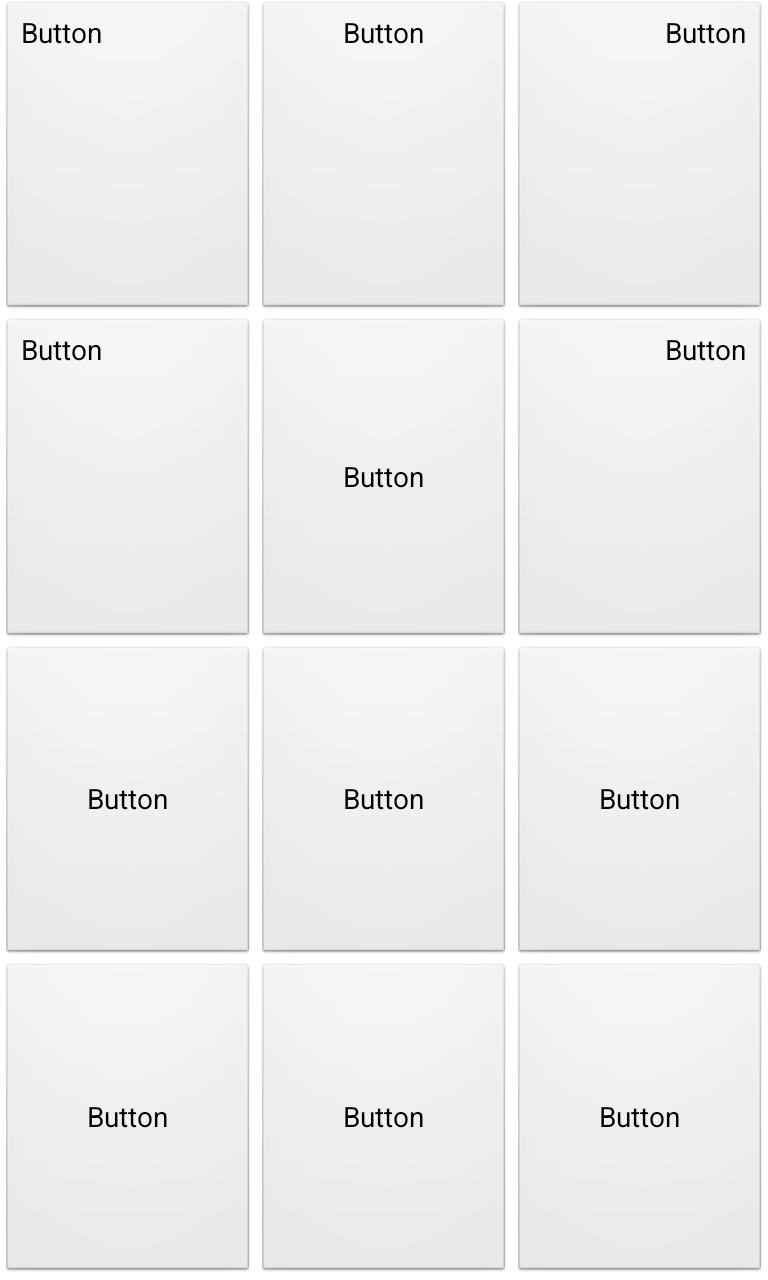
Repository: ApplucoJason/AndroidTest
Layout: MyFirstApp/res/layout/second.xml
These files come from the project's save history. The layout is drawn as it stood at one moment and after the next save; the edit follows.
It is drawn on a 768 x 1280 px phone screen (xhdpi) without system bars, with theme AppTheme; the app's code is not run.

Above is the layout before, as saved 2013-09-04 12:23:31.

After the next save:
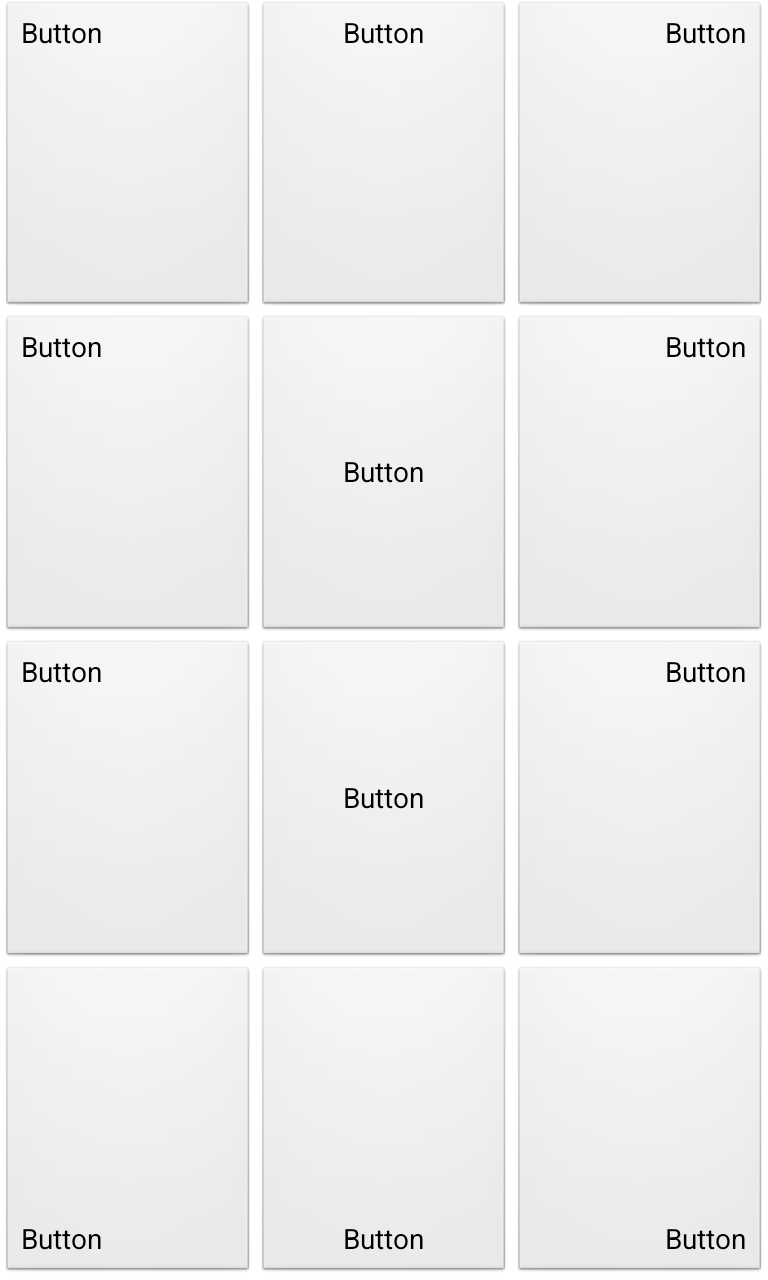
Saved 48 s later.
--- a/MyFirstApp/res/layout/second.xml
+++ b/MyFirstApp/res/layout/second.xml
@@ -74,6 +74,7 @@
             android:layout_width="wrap_content"
             android:layout_height="fill_parent"
             android:layout_weight="1"
+             android:gravity="left"
             android:text="Button" />
 
         <Button
@@ -81,6 +82,7 @@
             android:layout_width="wrap_content"
             android:layout_height="fill_parent"
             android:layout_weight="1"
+              android:gravity="center"
             android:text="Button" />
 
         <Button
@@ -88,6 +90,7 @@
             android:layout_width="wrap_content"
             android:layout_height="fill_parent"
             android:layout_weight="1"
+                android:gravity="right"
             android:text="Button" />
     </LinearLayout>
 
@@ -101,6 +104,7 @@
             android:layout_width="wrap_content"
             android:layout_height="fill_parent"
             android:layout_weight="1"
+             android:gravity="left|bottom"
             android:text="Button" />
 
         <Button
@@ -108,6 +112,7 @@
             android:layout_width="wrap_content"
             android:layout_height="fill_parent"
             android:layout_weight="1"
+               android:gravity="center|bottom"
             android:text="Button" />
 
         <Button
@@ -115,6 +120,7 @@
             android:layout_width="wrap_content"
             android:layout_height="match_parent"
             android:layout_weight="1"
+                android:gravity="right|bottom"
             android:text="Button" />
     </LinearLayout>
 
